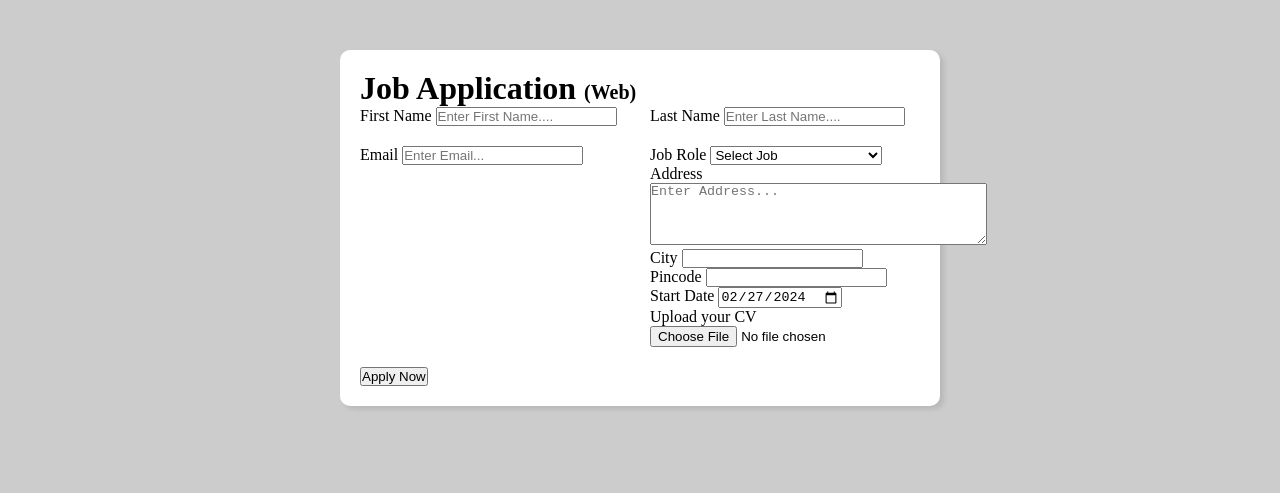
Repository: diensy/JOB-APPLICATION
Page: index.html
These files come from the project's save history. The page is drawn as it stood at one moment and after the next save; the edit follows.
The browser window is 1280 px wide. The pictures show the whole page.

Above is the page before, as saved 2024-02-27 22:22:10.

After the next save:
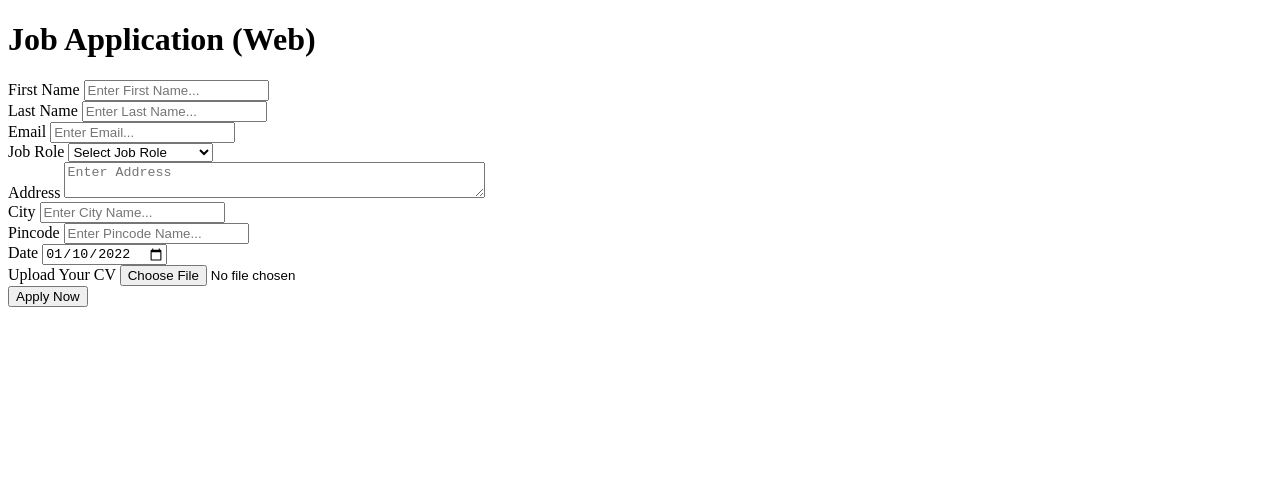
Not found: style.css
Saved 3 min 13 s later.
--- a/index.html
+++ b/index.html
@@ -2,71 +2,92 @@
 <html lang="en">
   <head>
     <meta charset="UTF-8" />
+    <meta http-equiv="X-UA-Compatible" content="IE=edge" />
     <meta name="viewport" content="width=device-width, initial-scale=1.0" />
     <title>Job Application Form</title>
-    <link rel="stylesheet" href="Job_Application.css" />
+    <link rel="stylesheet" href="style.css" />
   </head>
   <body>
     <div class="container">
-      <div class="apply">
-        <h1>Job Application <span class="web">(Web)</span></h1>
-
-    <form action="">
-      <div class="form_container">
-        <div class="form_control">
-          <label for="first">First Name</label>
-          <input type="text" id="first" placeholder="Enter First Name...." />
-        </div>
-        <div class="form_control">
-          <label for="last">Last Name</label>
-          <input type="text" id="last" placeholder="Enter Last Name...." />
-        </div>
-        <div class="form_control">
-          <label for="Email">Email</label>
-          <input type="email" id="Email" placeholder="Enter Email..." />
-        </div>
-        <div class="form_control">
-        <label for="Job">Job Role</label>
-      <select name="JobRole" id="Job">
-        <option value="Select Job">Select Job</option>
-        <option value="JAVA">JAVA DEVELOPER</option>
-        <option value="WEB">WEB DEVELOPER</option>
-        <option value="BACKEND">BACKEND DEVELOPER</option>
-        <option value="MERN DEVELOPER">MERN DEVELOPER</option>
-      </div>
-      </select>
-      <label for="address">Address</label>
-      <div class="textarea_control">
-      <textarea
-        name="Address"
-        id="address"
-        cols="40"
-        rows="4"
-        placeholder="Enter Address..."
-      ></textarea>
-    </div>
-    <div class="textarea_control">
-      <label for="city">City</label>
-      <input type="text" id="city" />
-    </div>
-    <div class="textarea_control">
-      <label for="pin">Pincode</label>
-      <input type="text" id="pin" />
-      </div>
-      <div class="textarea_control">
-      <label for="date">Start Date</label>
-      <input value="2024-02-27" type="date" name="date" id="date" />
-      </div>
-      <div class="textarea_control">
-      <label for="file">Upload your CV</label>
-      <input type="file" id="file" />
+      <div class="apply_box">
+        <h1>
+          Job Application
+          <span class="title_small">(Web)</span>
+        </h1>
+        <form action="">
+          <div class="form_container">
+            <div class="form_control">
+              <label for="first_name"> First Name </label>
+              <input
+                id="first_name"
+                name="first_name"
+                placeholder="Enter First Name..."
+              />
+            </div>
+            <div class="form_control">
+              <label for="last_name"> Last Name </label>
+              <input
+                id="last_name"
+                name="last_name"
+                placeholder="Enter Last Name..."
+              />
+            </div>
+            <div class="form_control">
+              <label for="email"> Email </label>
+              <input
+                type="email"
+                id="email"
+                name="email"
+                placeholder="Enter Email..."
+              />
+            </div>
+            <div class="form_control">
+              <label for="job_role"> Job Role </label>
+              <select id="job_role" name="job_role">
+                <option value="">Select Job Role</option>
+                <option value="frontend">Frontend Developer</option>
+                <option value="backend">Backend Developer</option>
+                <option value="full_stack">Full Stack Developer</option>
+                <option value="ui_ux">UI UX Designer</option>
+              </select>
+            </div>
+            <div class="textarea_control">
+              <label for="address"> Address </label>
+              <textarea
+                id="address"
+                name="address"
+                row="4"
+                cols="50"
+                placeholder="Enter Address"
+              ></textarea>
+            </div>
+            <div class="form_control">
+              <label for="city"> City </label>
+              <input id="city" name="city" placeholder="Enter City Name..." />
+            </div>
+            <div class="form_control">
+              <label for="pincode"> Pincode </label>
+              <input
+                type="number"
+                id="pincode"
+                name="pincode"
+                placeholder="Enter Pincode Name..."
+              />
+            </div>
+            <div class="form_control">
+              <label for="date"> Date </label>
+              <input value="2022-01-10" type="date" id="date" name="date" />
+            </div>
+            <div class="form_control">
+              <label for="upload"> Upload Your CV </label>
+              <input type="file" id="upload" name="upload" />
+            </div>
+          </div>
+          <div class="button_container">
+            <button type="submit">Apply Now</button>
+          </div>
+        </form>
       </div>
     </div>
-    <div class="button_control">
-      <button class="applybutton" type="submit">Apply Now</button>
-    </div>
-    </form>
-  </div>
-  </div>
   </body>
 </html>

After the 2 saves that followed:
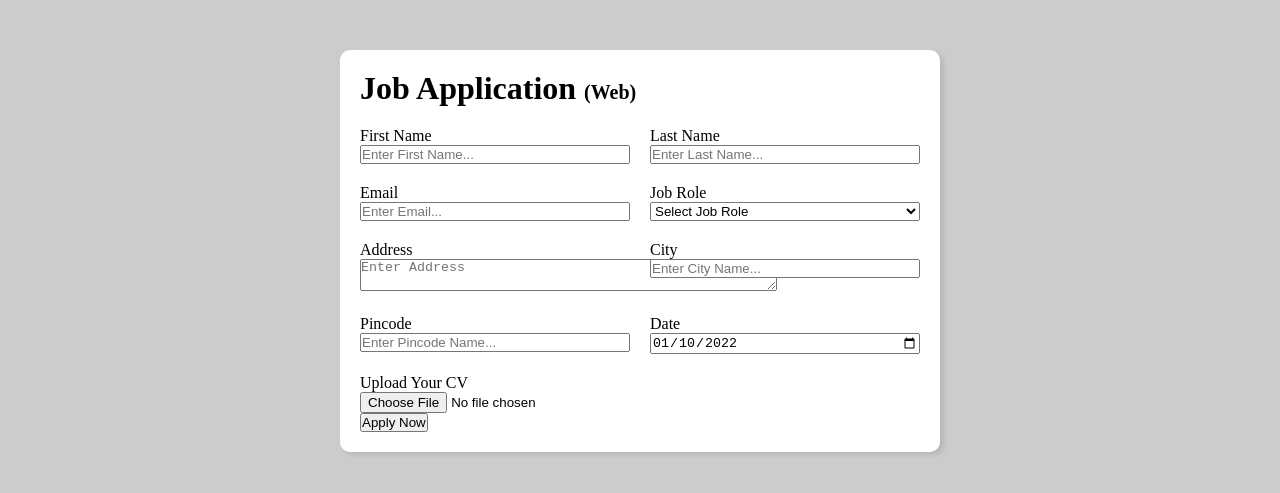
The 2 saves are shown as one change because 1 left the picture as it was.
The last was saved 67 s later.
--- a/index.html
+++ b/index.html
@@ -5,7 +5,7 @@
     <meta http-equiv="X-UA-Compatible" content="IE=edge" />
     <meta name="viewport" content="width=device-width, initial-scale=1.0" />
     <title>Job Application Form</title>
-    <link rel="stylesheet" href="style.css" />
+    <link rel="stylesheet" href="Job_Application.css" />
   </head>
   <body>
     <div class="container">
--- a/Job_Application.css
+++ b/Job_Application.css
@@ -3,6 +3,7 @@
   padding: 0;
   box-sizing: border-box;
 }
+
 body {
   background-color: #ccc;
 }
@@ -10,26 +11,28 @@ body {
   max-width: 900px;
   margin: 0 auto;
 }
-.apply {
+
+.apply_box {
   max-width: 600px;
   padding: 20px;
   background-color: white;
   margin: 0 auto;
   margin-top: 50px;
-  box-shadow: 4px 3px 5px rgb(1, 1, 1, 0.1);
+  box-shadow: 4px 3px 5px rgba(1, 1, 1, 0.1);
   border-radius: 10px;
 }
-.web {
+
+.title_small {
   font-size: 20px;
 }
-.applybutton {
-}
+
 .form_container {
+  margin-top: 20px;
   display: grid;
   grid-template-columns: repeat(auto-fit, minmax(200px, 1fr));
-  grid-gap: 20px;
+  gap: 20px;
 }
-.from_control {
+.form_control {
   display: flex;
   flex-direction: column;
 }
